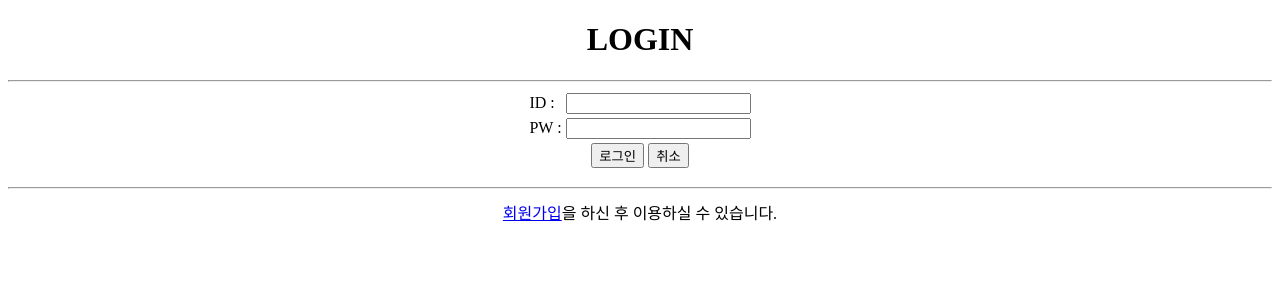
Repository: jwkim1104/SWE3002-01-Team1
Page: http://localhost/user_account/login_logout/login.jsp
An editor plug-in stored every save of this project. The page is shown before and after the next save, followed by the edit.
The browser window is 1280 px wide. The pictures show the whole page.
The page is served by Tomcat 9.

Above is the page before, as saved 2018-06-05 12:51:45.

### feature/study_library/tomcat8.5/workspace 3/user_account/WebContent/login_logout/login.jsp
<%@ page language="java" contentType="text/html; charset=UTF-8"
    pageEncoding="UTF-8"%>
<% request.setCharacterEncoding("utf-8"); %>
<!DOCTYPE html PUBLIC "-//W3C//DTD HTML 4.01 Transitional//EN" "http://www.w3.org/TR/html4/loose.dtd">
<html>
<head>
<meta http-equiv="Content-Type" content="text/html; charset=UTF-8">
<title>Login</title>
<%--
<link type="text/css" rel="stylesheet" href="../1995theater.css">
--%>

<script>
function writeCheck(){
	var form = document.loginForm;
	if(!form.id.value){
		alert("ID(email)를 입력해 주세요!");
		form.id.focus();
		return;
	}

	if(!form.pass.value){
		alert("비밀번호를 입력해 주세요!");
		form.pass.focus();
		return;
	}
	form.submit();

}

</script>
</head>
<body>

	  <center>
	    <h1>LOGIN</h1>
	    <p>
	      <hr>
	      <form name=loginForm method=POST action="loginCheck.jsp">
	        <table>
	          <tr>
	            <td>ID : </td>
	            <td><input type="text" name="id"></td>
	          </tr>
	          <tr>
	            <td>PW : </td>
	            <td><input type="password" name="pass"></td>
	          </tr>
	          <tr>
	            <td colspan=2>
	              <center>
	                <input type="button" onclick="writeCheck();" value="로그인">
	                <input type="reset" value="취소">
	              </center>
	            </td>
	          </tr>
	        </table>
	      </form>
	    </p>
	    <hr>
	    <table>
	      <tr>
	        <td><a href="registration.jsp">회원가입</a>을 하신 후 이용하실 수 있습니다.</td>
	      </tr>

	    </table>
	  </center>






</body>
</html>

### feature/study_library/tomcat8.5/workspace 3/user_account/WebContent/1995theater.css
@CHARSET "UTF-8";

@font-face {
	font-family: KoPubBatangBold;
	src: url(fonts/KoPubBatangBold.woff) format("woff");
}

@font-face {
	font-family: KoPubBatangLight;
	src: url(fonts/KoPubBatangLight.woff);
}

@font-face {
	font-family: KoPubBatangMedium;
	src: url(fonts/KoPubBatangMedium.woff) format("woff");
}

@font-face {
	font-family: KoPubDotumBold;
	src: url(fonts/KoPubDotumBold.woff);
}

@font-face {
	font-family: KoPubDotumMedium;
	src: url(fonts/KoPubDotumMedium.woff);
}

@font-face {
	font-family: KoPubDotumLight;
	src: url(fonts/KoPubDotumLight.woff);
}

@font-face {
	font-family: oldphoto4;
	src: url(fonts/oldphoto4.woff);
}

@font-face {
	font-family: titleGothic;
	src: url(fonts/titleGothic.woff);
}

@font-face {
	font-family: Ssangmun;
	src: url(fonts/Typo_SsangmunDongStencil.woff);
}

nav ul {
	font-family: Ssangmun;
	font-size: 20px;
}

body {
	font-family: KoPubBatangMedium;

}

body a {
	font-size: 18px;
	text-decoration: none;
	color: #7B3C15;
}

a:hover {
	text-decoration: none;
	color: #AE5E1A;
}

nav a{
  	text-decoration: none;
	color: #D68642;
}

nav a:hover {
  text-decoration: underline;
  color: #F0B469;
}



/* .vintage */
.vintage {
  background-color: #c47135;
  border: none;
  color: #ffffff;
  cursor: pointer;
  display: inline-block;
  font-family: KoPubBatangMedium;
  font-size: 1em;
  font-size: 22px;
  line-height: 1em;
  margin: 15px 40px;
  outline: none;
  padding: 12px 40px 10px;
  position: relative;
  text-transform: uppercase;
  font-weight: 700;
}
.vintage:before,
.vintage:after {
  border-color: transparent;
  -webkit-transition: all 0.25s;
  transition: all 0.25s;
  border-style: solid;
  border-width: 0;
  content: "";
  height: 24px;
  position: absolute;
  width: 24px;
}
.vintage:before {
  border-color: #c47135;
  border-right-width: 2px;
  border-top-width: 2px;
  right: -5px;
  top: -5px;
}
.vintage:after {
  border-bottom-width: 2px;
  border-color: #c47135;
  border-left-width: 2px;
  bottom: -5px;
  left: -5px;
}
.vintage:hover,
.vintage.hover {
  background-color: #c47135;
}
.vintage:hover:before,
.vintage.hover:before,
.vintage:hover:after,
.vintage.hover:after {
  height: 100%;
  width: 100%;
}

After the next save:
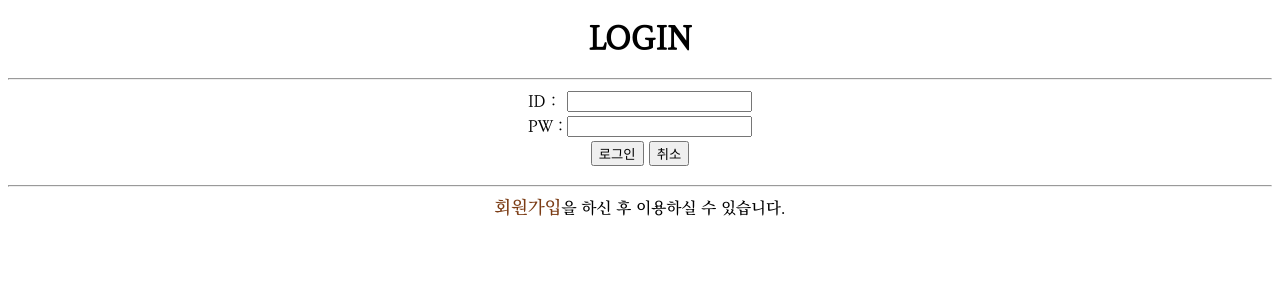
Saved 2 h 35 min later.
--- a/feature/study_library/tomcat8.5/workspace 3/user_account/WebContent/login_logout/login.jsp
+++ b/feature/study_library/tomcat8.5/workspace 3/user_account/WebContent/login_logout/login.jsp
@@ -6,9 +6,9 @@
 <head>
 <meta http-equiv="Content-Type" content="text/html; charset=UTF-8">
 <title>Login</title>
-<%--
+
 <link type="text/css" rel="stylesheet" href="../1995theater.css">
---%>
+
 
 <script>
 function writeCheck(){
